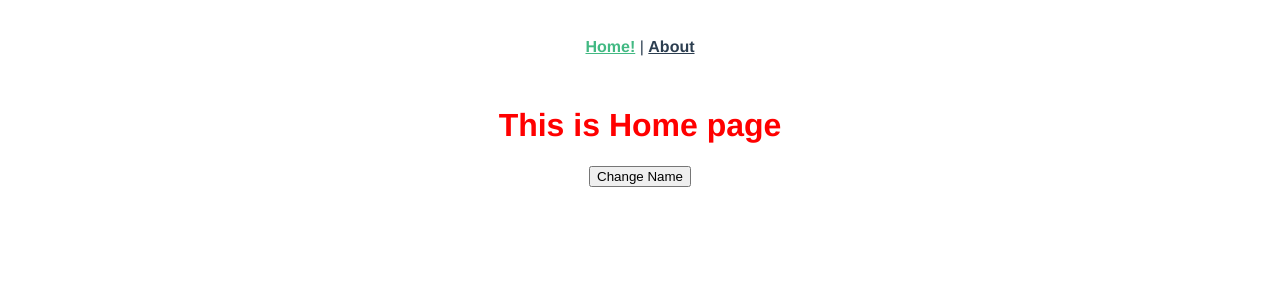
Repository: RyuGeunHwan/code_J
Page: / (app in hello-word/)
The author's editor kept a copy of each file at every save. The page is drawn from the files as they stood at one save, then again after the next save.
The browser window is 1280 px wide. The pictures show the whole page.
The project was rebuilt for these pictures with package versions that can differ from the ones it lists, and the page was loaded fresh each time.

Above is the page before, as saved 2022-08-10 16:24:44.

After the next save:
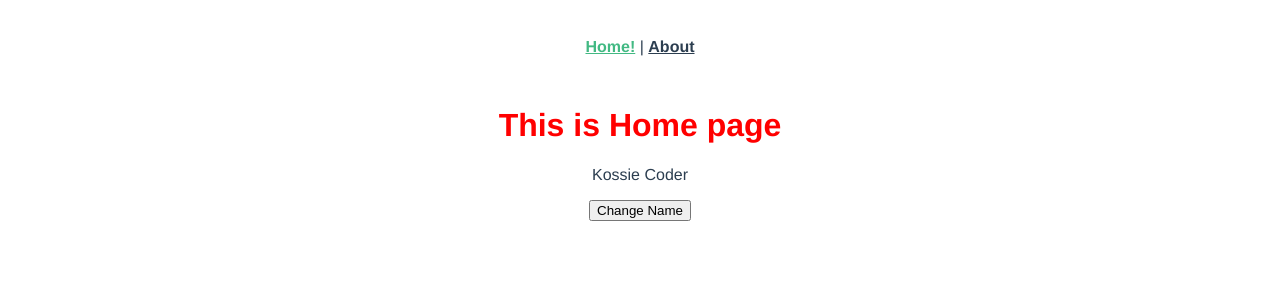
Saved 3 min 20 s later.
--- a/hello-word/src/components/KossieCoder.vue
+++ b/hello-word/src/components/KossieCoder.vue
@@ -7,7 +7,11 @@
 
 <script>
 export default{
-    name : 'Kossie Coder',
+    data(){
+        return{
+            name : 'Kossie Coder'
+        }
+    },
     methods:{
         updateName(){
             this.name = 'Kossie Coder Updated'
